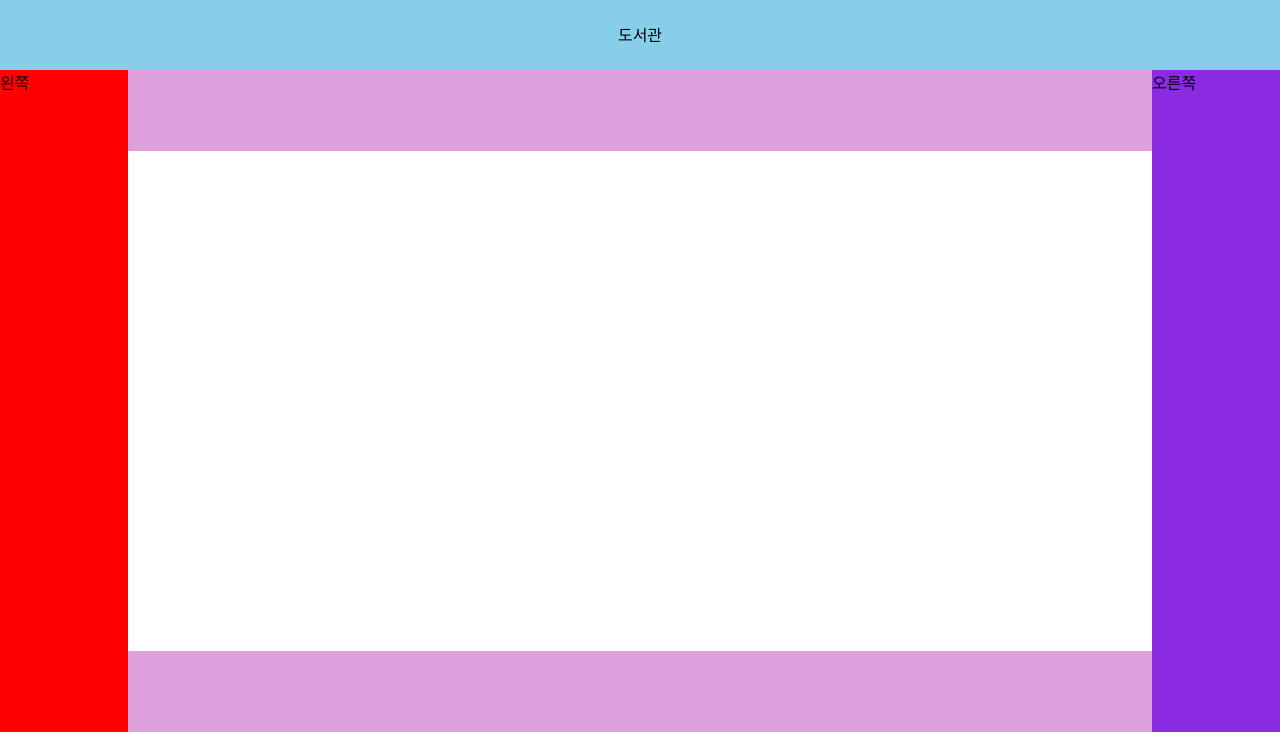
Repository: sojihwan/API_-Multi
Page: / (app in API/)
An editor plug-in stored every save of this project. The page is shown before and after the next save, followed by the edit.
The browser window is 1280 px wide. The pictures show the whole page.
The project was rebuilt for these pictures with package versions that can differ from the ones it lists, and the page was loaded fresh each time. Also part of the build but not shown: API/src/App.css.

Above is the page before, as saved 2022-05-24 15:32:02.

### API/src/App.js
import "./App.css";
import Layout from "./Layout/Layout";

function App() {
  return (
    <div>
      <Layout />
    </div>
  );
}

export default App;

### API/src/Layout/layout.js
import React from "react";
import "./Layout.css";
import Section from "./Section";

function Layout() {
  return (
    <div className="layout">
      <header>도서관</header>
      <main>
        <aside>왼쪽</aside>
        <Section />
        <aside>오른쪽</aside>
      </main>
    </div>
  );
}

export default Layout;

### API/src/Layout/layout.css
.layout {
  box-sizing: border-box;
}

header {
  top: 0px;
  width: 100%;
  height: 70px;
  line-height: 70px;
  text-align: center;
  background: skyblue;
}

aside {
  top: 70px;
}

main aside:first-child {
  position: absolute;
  left: 0;
  width: 10%;
  height: 91.9%;
  background: red;
}

main {
  display: flex;
  justify-content: center;
  align-items: center;
  min-height: 91.9vh;
  background: plum;
}

main aside:last-child {
  position: absolute;
  right: 0;
  width: 10%;
  height: 91.9%;
  background: blueviolet;
}

### API/src/Layout/Section.js
import React from "react";
import "../Layout/Section.css";

function Section() {
  return (
    <div className="section">
      <div></div>
    </div>
  );
}

export default Section;

### API/src/Layout/Section.css
.section {
  width: 80%;
  padding: 250px 0;
  text-align: center;
  background: white;
}

Loaded but not shown: API/public/index.html (common file); API/src/index.js (common file); API/src/index.css (common file); API/src/reportWebVitals.js (common file)

After the next save:
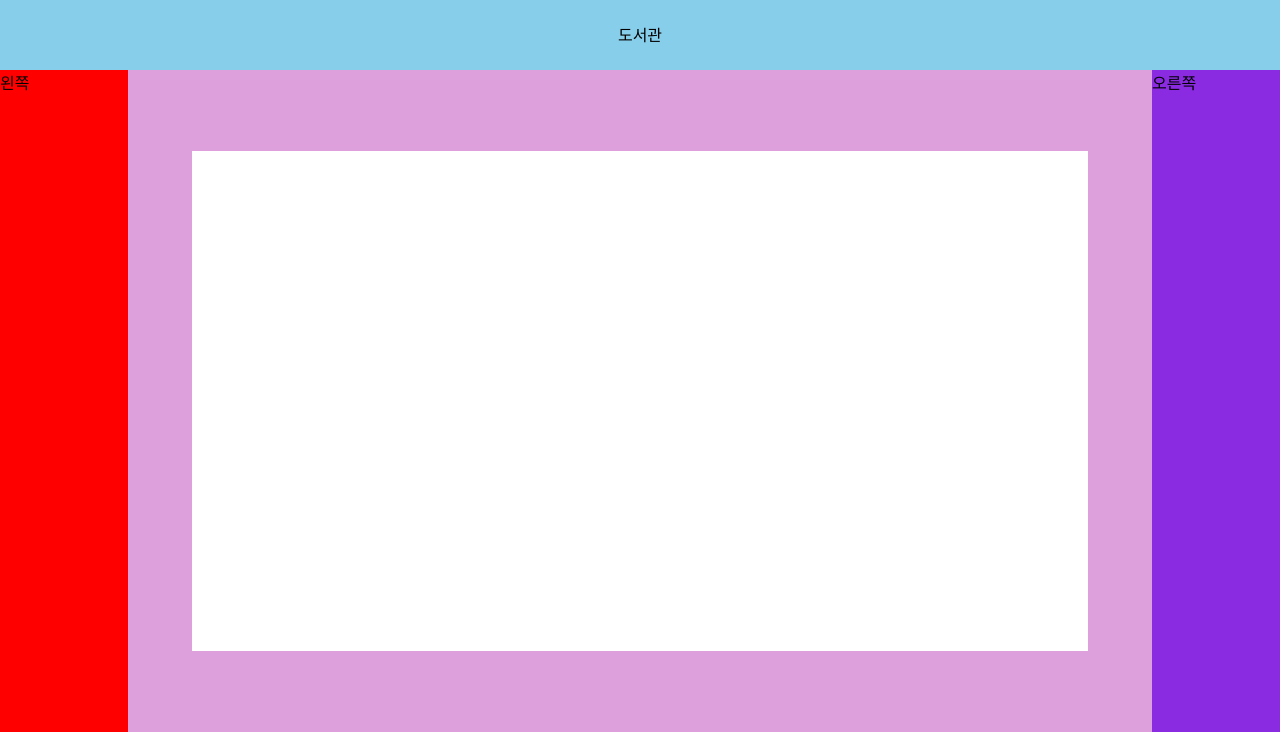
Saved 19 s later.
--- a/API/src/Layout/Section.css
+++ b/API/src/Layout/Section.css
@@ -1,5 +1,5 @@
 .section {
-  width: 80%;
+  width: 70%;
   padding: 250px 0;
   text-align: center;
   background: white;
